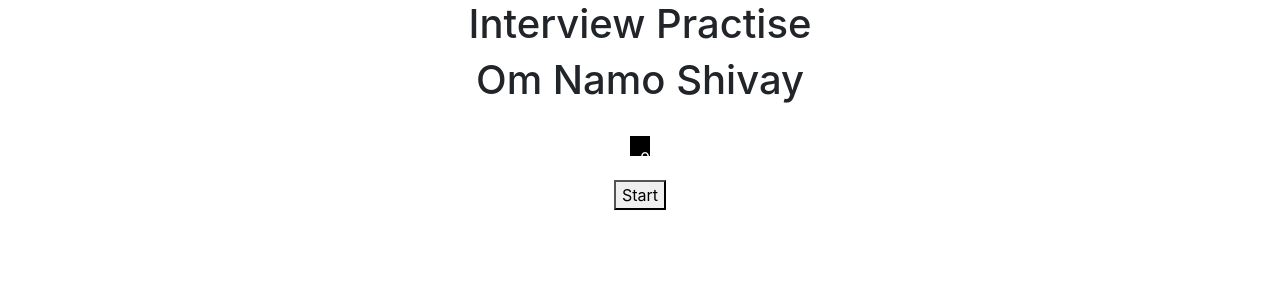
Repository: punitbathija/Machine-Round-React
Page: /
These files come from the project's save history. The page is drawn as it stood at one moment and after the next save; the edit follows.
The browser window is 1280 px wide. The pictures show the whole page.
The project was rebuilt for these pictures with package versions that can differ from the ones it lists, and the page was loaded fresh each time. Also part of the build but not shown: src/components/counter.jsx.

Above is the page before, as saved 2023-06-01 12:38:19.

### src/index.js
import React from "react";
import ReactDOM from "react-dom/client";
import Counter from "./components/counter";
import "./index.css";
import ProgressBar from "./components/ProgressBar";
// import FetchApi from "./components/FetchApi";

const root = ReactDOM.createRoot(document.getElementById("root"));
root.render(
  <>
    <h1 className="text-center">Interview Practise</h1>
    {/* <Counter /> */}
    {/* <FetchApi /> */}
    <ProgressBar />
  </>
);

### src/components/ProgressBar.js
import React, { useEffect, useState } from "react";

const ProgressBar = () => {
  const [progress, setProgress] = useState(0);
  const [isRunning, setIsRunning] = useState(false);

  useEffect(() => {
    if (progress < 100 && isRunning) {
      setTimeout(() => {
        setProgress((prev) => prev + 2);
      }, 100);
    }
  }, [isRunning, progress]);

  return (
    <div
      style={{
        display: "flex",
        flexDirection: "column",
        alignItems: "center",
        justifyContent: "center",
        margin: "auto",
      }}
    >
      <h1>Om Namo Shivay</h1>
      <br />
      <div
        style={{
          textAlign: "center",
          height: "20px",
          width: `${progress}%`,
          backgroundColor: "blue",
          color: "white",
          transition: "ease",
          border: "10px solid black",
        }}
      >
        {progress} %
      </div>
      <br />
      <button onClick={() => setIsRunning(true)}>Start</button>
    </div>
  );
};

export default ProgressBar;

Loaded but not shown: public/index.html (common file); src/index.css (common file)

After the next save:
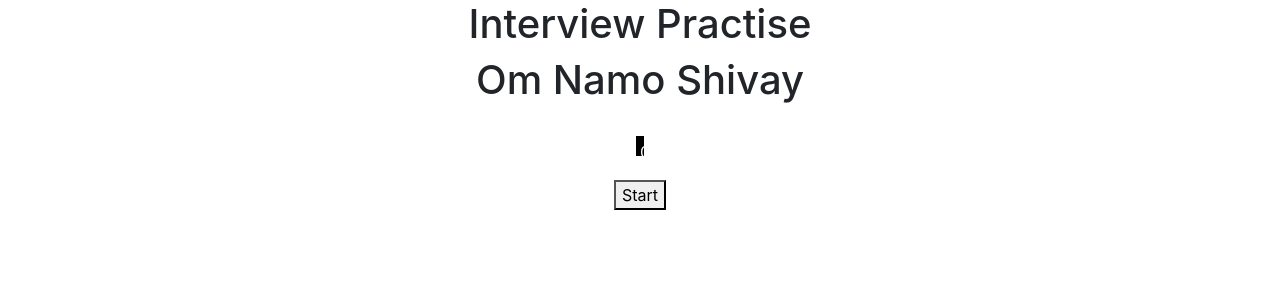
Saved 5 s later.
--- a/src/components/ProgressBar.js
+++ b/src/components/ProgressBar.js
@@ -32,7 +32,7 @@ const ProgressBar = () => {
           backgroundColor: "blue",
           color: "white",
           transition: "ease",
-          border: "10px solid black",
+          border: "4px solid black",
         }}
       >
         {progress} %
